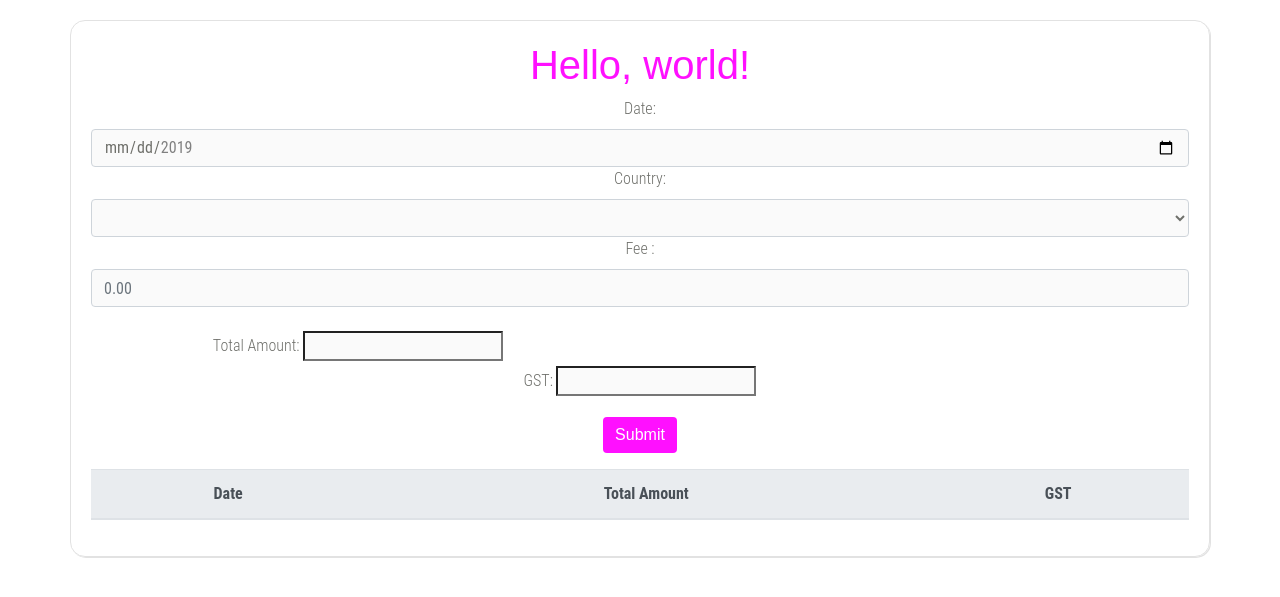
Repository: yucheng91/feesubmissionform
Page: http://localhost/
The author's editor kept a record of every edit. The page is drawn from the files as they stood at one moment, then again after the next edit.
The browser window is 1280 px wide. The pictures show the whole page.
The page is served by the project's application, run on Flask 3 (app.py). Queries for data that is not in the repository find no rows.

Above is the page before.

After the next edit:
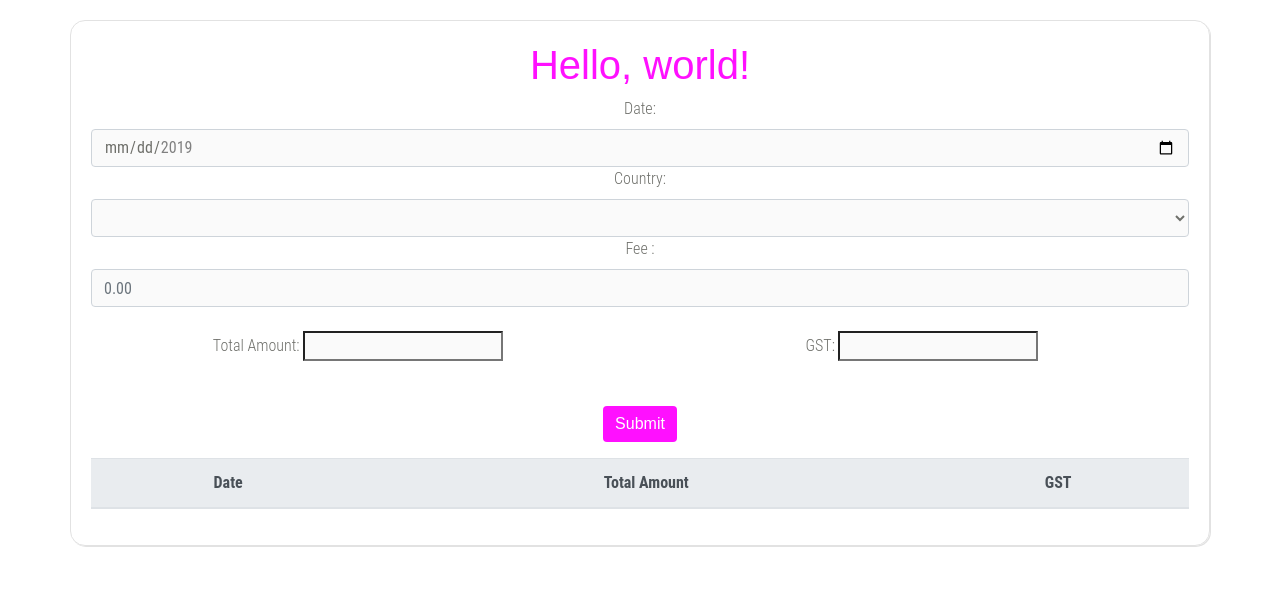
The edit:
--- a/templates/index.html
+++ b/templates/index.html
@@ -50,14 +50,14 @@
                   <input type="number" name="totalfee" readonly>
                 </div>
                 <div class="col-12 col-md-6">
-
+                                  <label class='label' >
+                  GST:
+                </label>
+                <input type="number" name="gst" readonly>
                 </div>
               </div>
 
-                <label class='label' >
-                  GST:
-                </label>
-                <input type="number" name="gst" readonly>
+
                 <br>
               <input type='submit' class='btn btn-dark mt-3'>
               </div>
